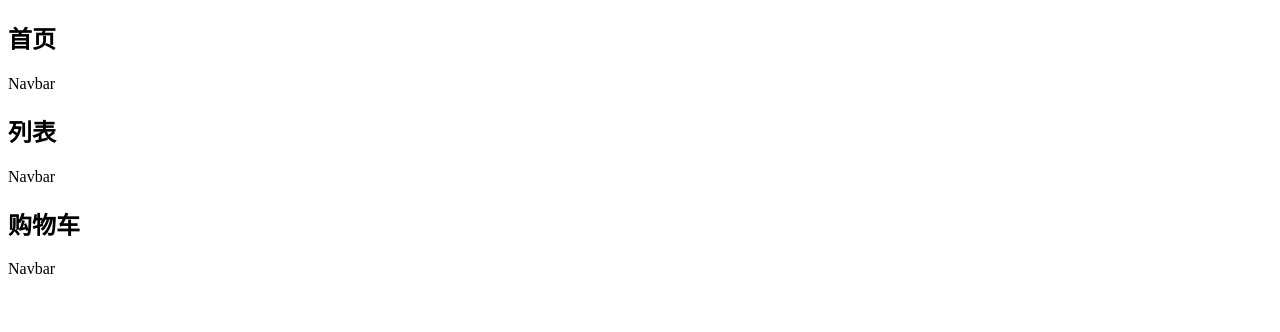
Repository: zenghao518518/React
Page: /
These files come from the project's save history. The page is drawn as it stood at one moment and after the next save; the edit follows.
The browser window is 1280 px wide. The pictures show the whole page.
The project was rebuilt for these pictures with package versions that can differ from the ones it lists, and the page was loaded fresh each time.

Above is the page before, as saved 2023-07-24 17:23:26.

### src/index.js
import React from 'react';
//import ReactDOM from 'react-dom';
import ReactDOM from 'react-dom/client'
//import './01-base/01-class组件'
//ReactDOM.render(<div>111111</div>,document.getElementById('root'))                    //);
//import App from './01-base/01-class组件'
//import App from './01-base/02-函数式组件'
//import App from './01-base/03-组件的嵌套'
//import App from './01-base/04-组件的样式'
//import App from './01-base/05-事件绑定-1'
//import App from './01-base/06-事件绑定-2'
//import App from './01-base/07-ref'
//import App from './01-base/08-state'
//import App from './01-base/09-数组渲染'
//import App from './01-base/10-todolist'
//import App from './01-base/12-卖座选项卡'
//import App from './01-base/13-setState同步异步'
//import App from './01-base/14-betterScroll'
//import App from './01-base/15-betterscroll-cinema'
import App from './01-base/16-prop'
//import App from './01-base/19-非受控'
//import App from './01-base/20-受控'
let root = ReactDOM.createRoot(document.getElementById('root'));
//root.render(<div>111111</div>);
root.render(<React.StrictMode><App></App></React.StrictMode>);
//root.render(<App></App>);

### src/01-base/16-prop.js
import React, { Component } from "react";
import Navbar from "./Navbar";
export default class App extends Component {
  render() {
    return (
      <div>
        <div>
          <h2>首页</h2>
          <Navbar title="首页"/>
        </div>
        <div>
          <h2>列表</h2>
          <Navbar title="列表"/>
        </div>
        <div>
          <h2>购物车</h2>
          <Navbar title="购物车"/>
        </div>
      </div>
    );
  }
}

### src/01-base/Navbar/index.js
import React, { Component } from 'react'

export default class Navbar extends Component {
  state = {
        //只能内部自己用的，外面无法改变
        }


  render() {
    console.log(this.props)
    return (
      <div>Navbar

      </div>
    )
  }
}

Loaded but not shown: public/index.html (common file)

After the next save:
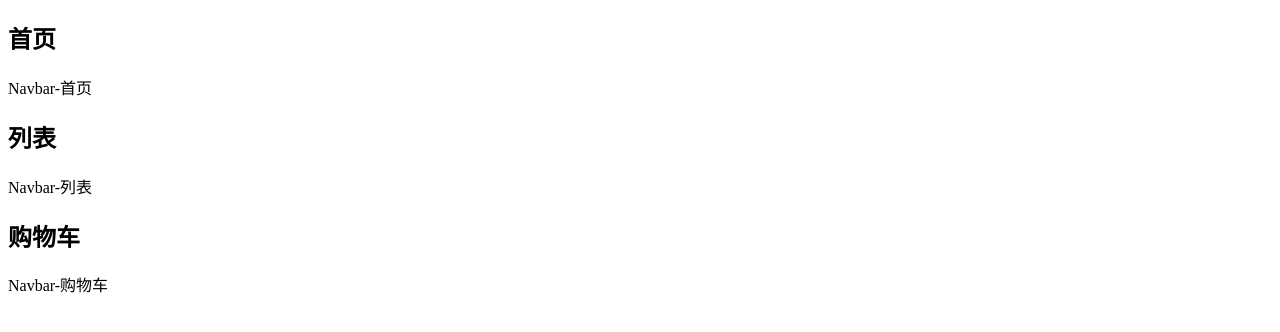
Saved 2 min 52 s later.
--- a/src/01-base/Navbar/index.js
+++ b/src/01-base/Navbar/index.js
@@ -8,8 +8,10 @@ export default class Navbar extends Component {
 
   render() {
     console.log(this.props)
+    let {title}= this.props
+
     return (
-      <div>Navbar
+      <div>Navbar-{title}
 
       </div>
     )
